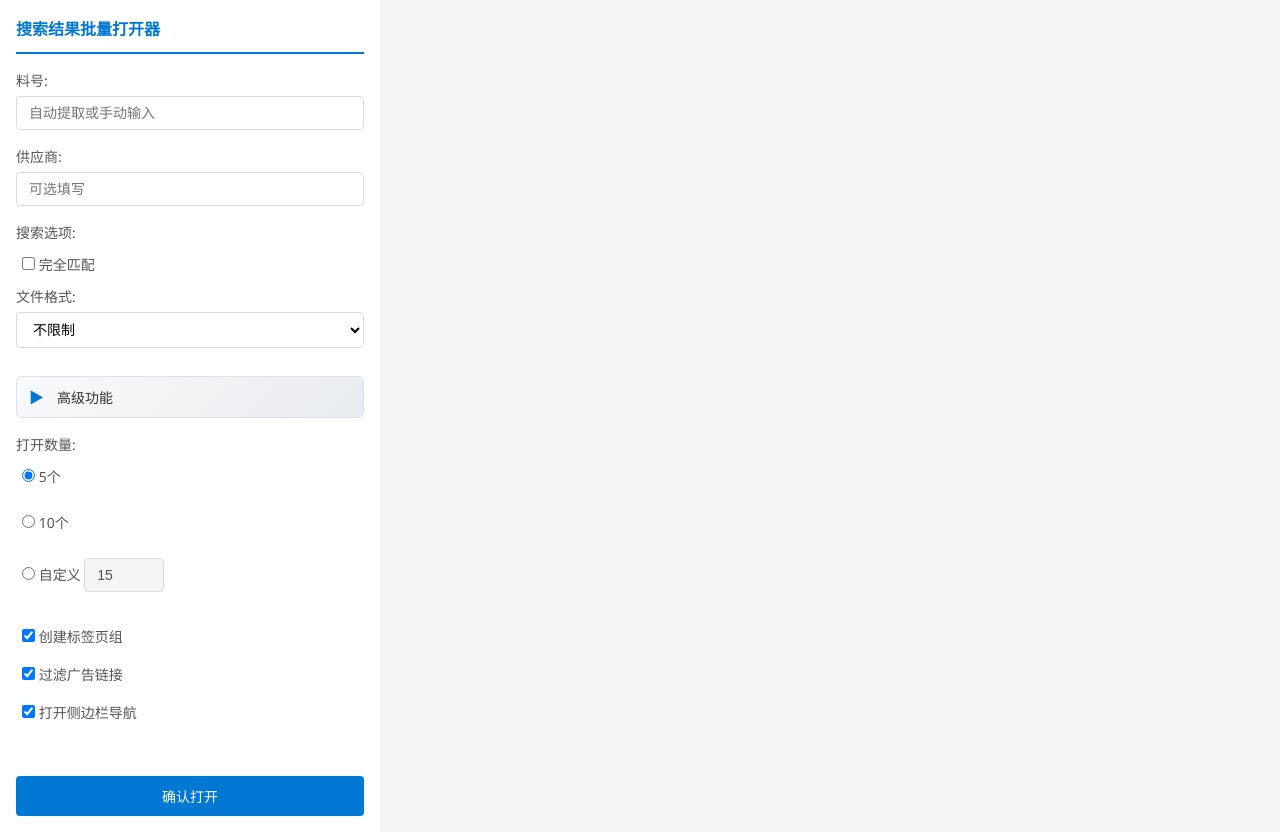
Repository: wofa24/search-result-opener
Page: search-result-opener/popup.html
The author's editor kept a copy of each file at every save. The page is drawn from the files as they stood at one save, then again after the next save.
The browser window is 1280 px wide. The pictures show the whole page.

Above is the page before, as saved 2026-04-03 01:56:51.

After the next save:
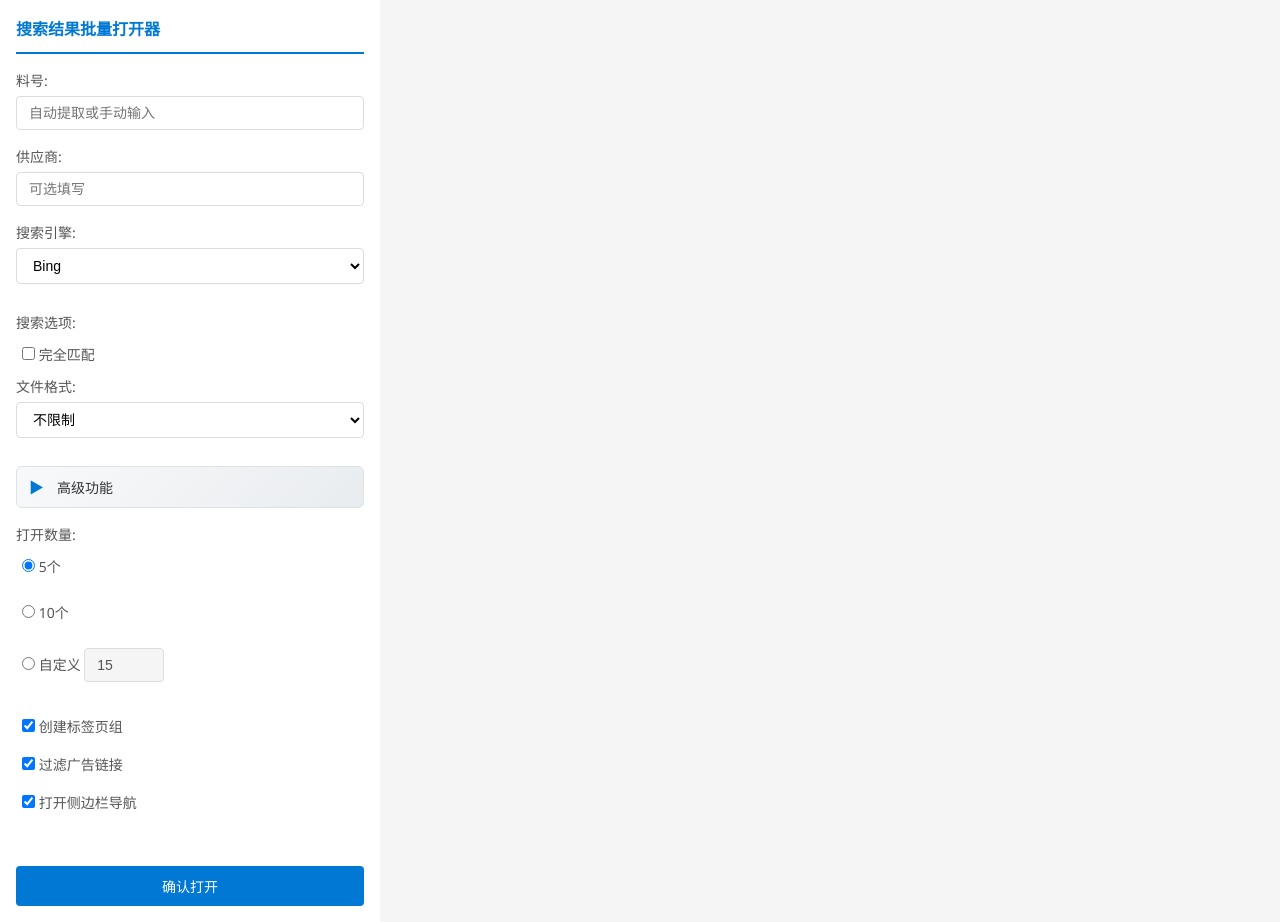
Saved 7 min 6 s later.
--- a/search-result-opener/popup.html
+++ b/search-result-opener/popup.html
@@ -20,6 +20,14 @@
     <div class="form-group">
       <label for="supplier">供应商:</label>
       <input type="text" id="supplier" placeholder="可选填写">
+    </div>
+
+    <div class="form-group">
+      <label for="searchEngine">搜索引擎:</label>
+      <select id="searchEngine" class="select-input">
+        <option value="bing">Bing</option>
+        <option value="google">Google</option>
+      </select>
     </div>
 
     <div class="form-group">
